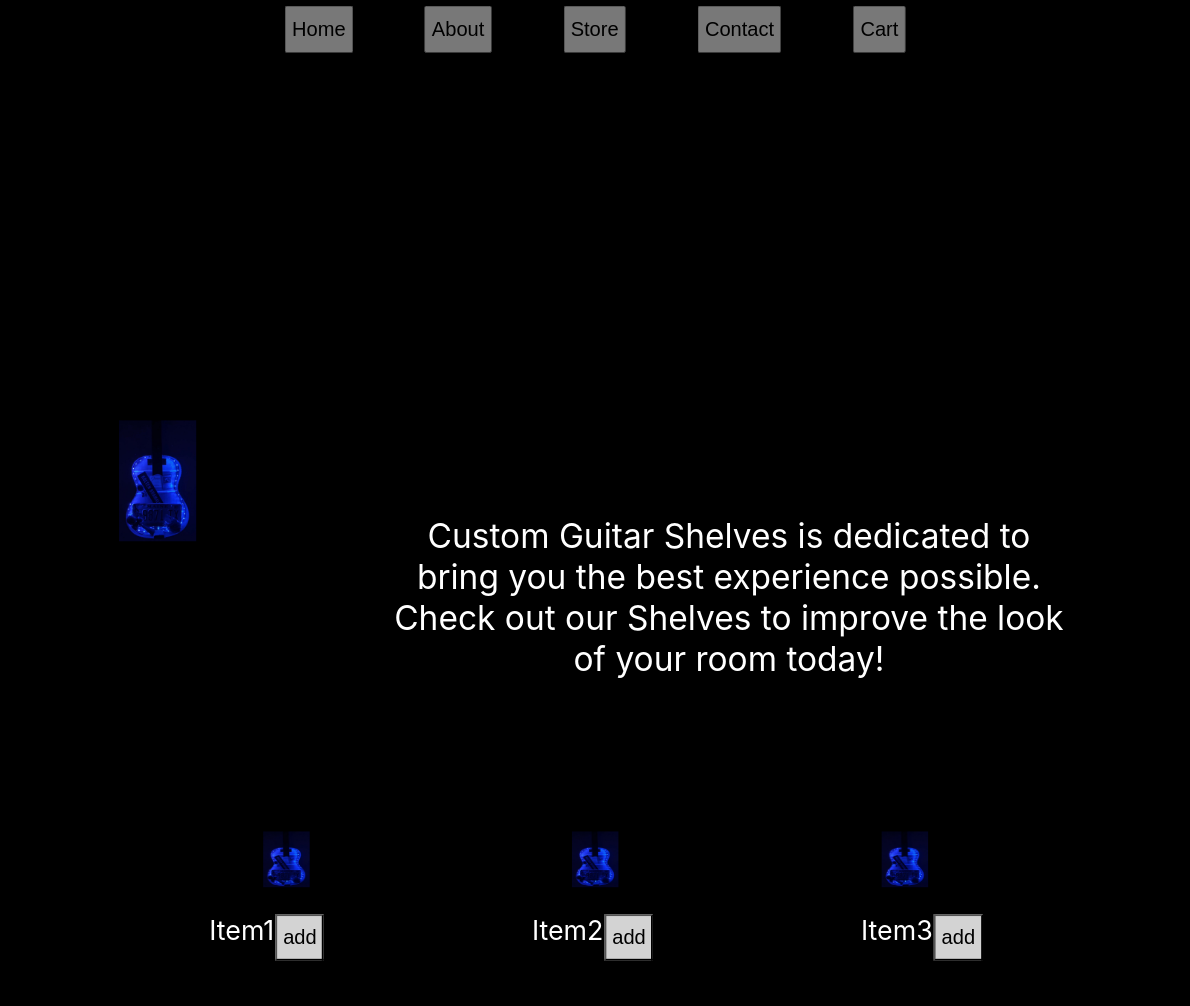
Repository: Kobramall/guitar-shelves-mock-store
Page: /
These files come from the project's save history. The page is drawn as it stood at one moment and after the next save; the edit follows.
The browser window is 1280 px wide. The pictures show the whole page, at 93% of full size.
Pictures or frames that could not be fetched are drawn as grey boxes. The project was rebuilt for these pictures with package versions that can differ from the ones it lists, and the page was loaded fresh each time. Also part of the build but not shown: src/componets/Cart.js. Imported but missing from the stored project, and not drawn on this page: src/assets/GuitarSV.MP4.

Above is the page before, as saved 2022-11-02 17:21:47.

After the next save:
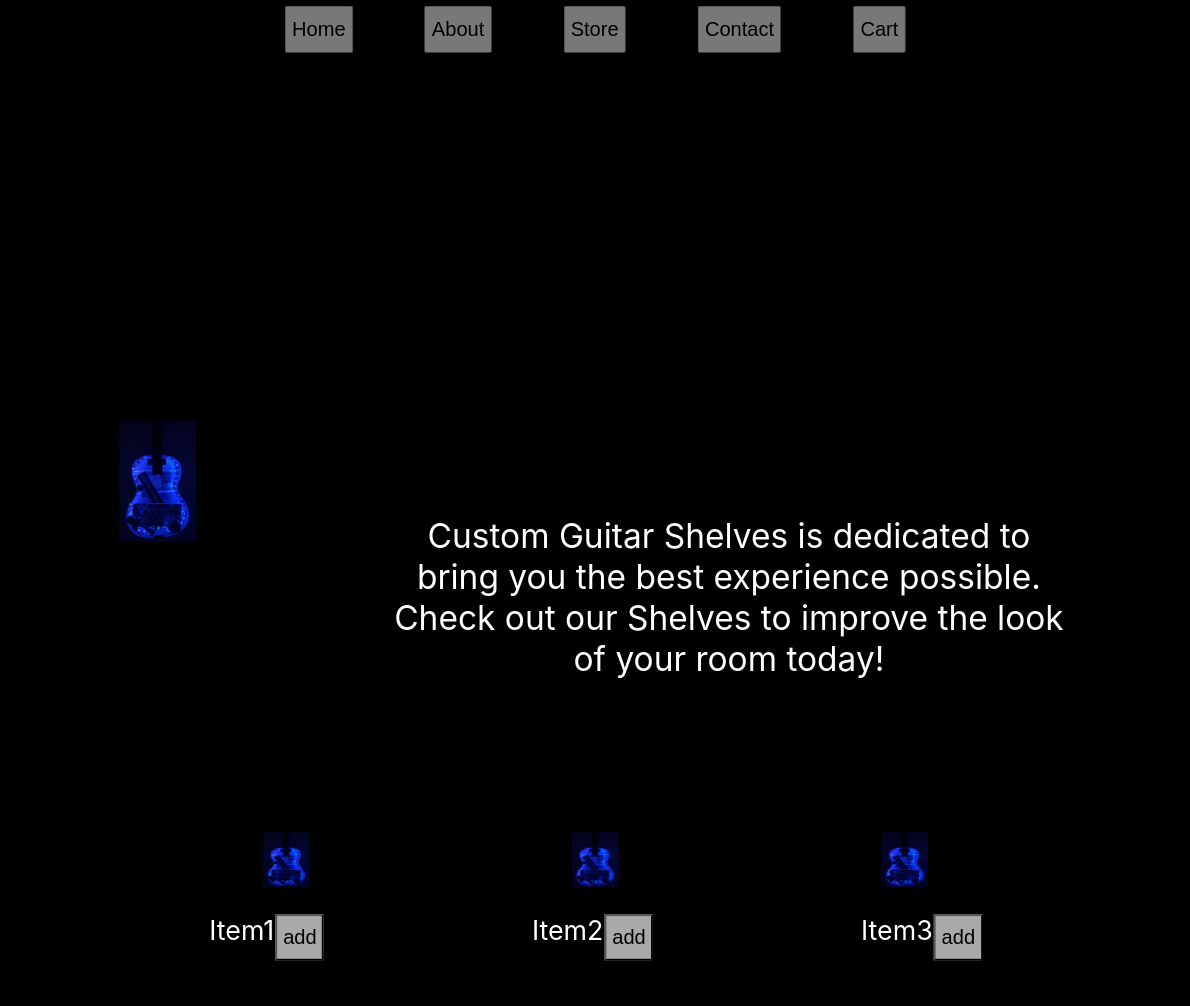
Saved 7 s later.
--- a/src/App.css
+++ b/src/App.css
@@ -72,7 +72,7 @@
 
 .itemName button{
   background-color: transparent;
-  background-color: lightgray;
+  background-color: darkgray;
 
 }
 

After the save that followed:
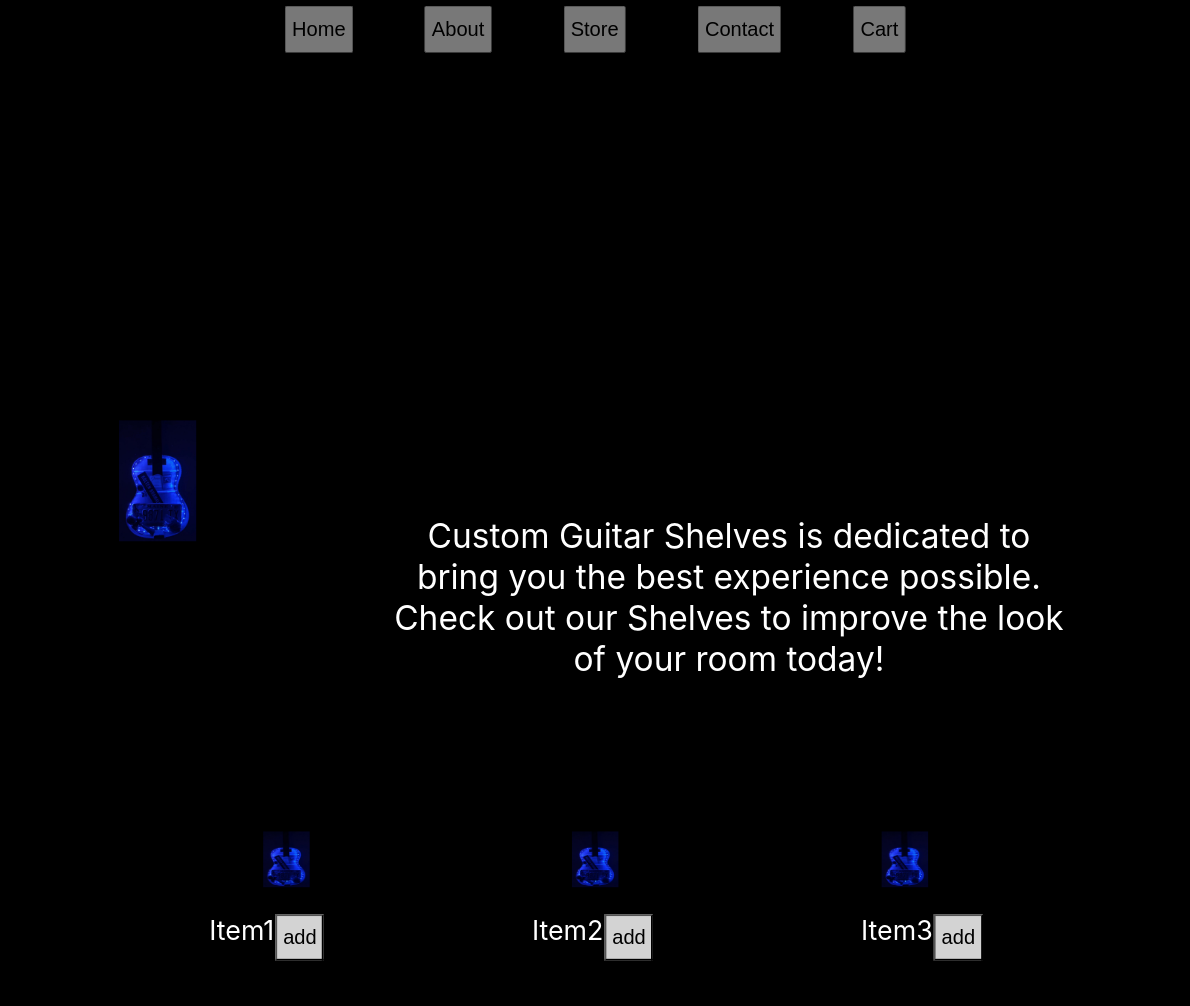
Saved 25 s later.
--- a/src/App.css
+++ b/src/App.css
@@ -72,7 +72,7 @@
 
 .itemName button{
   background-color: transparent;
-  background-color: darkgray;
+  background-color: lightgray;
 
 }
 
